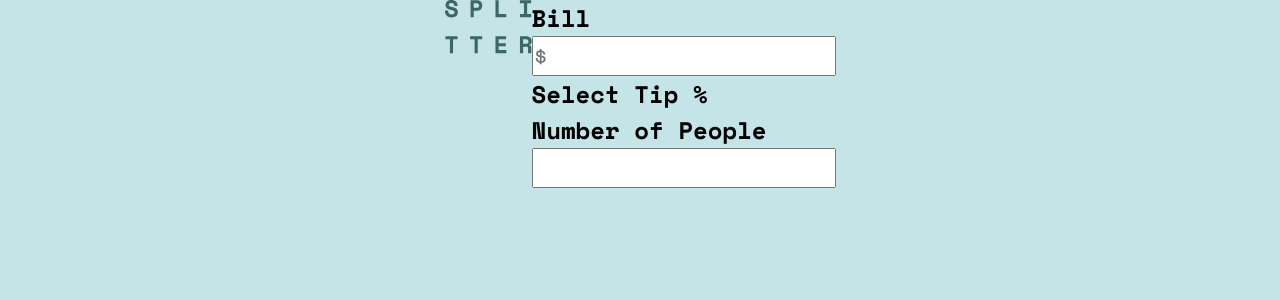
Repository: tomas938/tipcalculator
Page: /
The author's editor kept a copy of each file at every save. The page is drawn from the files as they stood at one save, then again after the next save.
The browser window is 1280 px wide. The pictures show the whole page.
The project was rebuilt for these pictures with package versions that can differ from the ones it lists, and the page was loaded fresh each time.

Above is the page before, as saved 2021-08-03 21:47:50.

### src/App.vue
<template>
	<router-view />
</template>

<style lang="scss">
@import url("https://fonts.googleapis.com/css2?family=Space+Mono:wght@400;700&display=swap");
$strong-cyan: hsl(172, 67%, 45%);
$dark-cyan: hsl(186, 14%, 43%);
$grayish-cyan: hsl(184, 14%, 43%);
$lower-grayish-cyan: hsl(184, 14%, 56%);
$light-grayish-cyan: hsl(185, 41%, 84%);
$lighter-grayish-cyan: hsl(189, 41%, 97%);
$white: hsl(0, 0%, 100%);
* {
	margin: 0;
	padding: 0;
	box-sizing: border-box;
	font-family: "Space Mono", monospace;
	font-size: 24px;
}
body {
	background-color: $light-grayish-cyan;
}
</style>

### src/views/Home.vue
<template>
	<div class="logo">
		<splitter></splitter>
	</div>
</template>

<script>
import Splitter from "../components/Splitter.vue";
export default {
	name: "Home",
	components: {
		Splitter,
	},
};
</script>
<style lang="scss" scoped>
.logo {
	display: flex;
	justify-content: center;
}
</style>

### src/components/Splitter.vue
<template>
	<svg xmlns="http://www.w3.org/2000/svg" width="87" height="54">
		<path
			fill="#3D6666"
			d="M6.72 17.472c.944 0 1.792-.12 2.544-.36s1.392-.584 1.92-1.032a4.476 4.476 0 001.212-1.62c.28-.632.42-1.34.42-2.124v-.288c0-1.472-.464-2.584-1.392-3.336-.928-.752-2.272-1.288-4.032-1.608a14.615 14.615 0 01-1.74-.408c-.456-.144-.824-.308-1.104-.492-.28-.184-.476-.392-.588-.624a1.771 1.771 0 01-.168-.78c0-.56.232-1.004.696-1.332.464-.328 1.096-.492 1.896-.492.944 0 1.676.248 2.196.744.52.496.78 1.08.78 1.752v.576h3.168v-.864a5 5 0 00-.396-1.968 4.762 4.762 0 00-1.176-1.656C10.436 1.08 9.792.7 9.024.42 8.256.14 7.376 0 6.384 0c-.88 0-1.676.12-2.388.36s-1.32.576-1.824 1.008c-.504.432-.896.94-1.176 1.524-.28.584-.42 1.22-.42 1.908v.144c0 .832.144 1.536.432 2.112a3.978 3.978 0 001.212 1.44c.52.384 1.132.692 1.836.924.704.232 1.48.42 2.328.564.64.112 1.168.248 1.584.408.416.16.744.34.984.54s.408.424.504.672c.096.248.144.508.144.78 0 .576-.232 1.072-.696 1.488-.464.416-1.176.624-2.136.624-1.232 0-2.14-.3-2.724-.9-.584-.6-.876-1.404-.876-2.412v-.576H0v.72c0 .88.144 1.692.432 2.436a5.47 5.47 0 001.272 1.944c.56.552 1.26.984 2.1 1.296.84.312 1.812.468 2.916.468zm22-.336V10.8h3.408c.864 0 1.616-.144 2.256-.432a4.707 4.707 0 001.596-1.14 4.833 4.833 0 00.96-1.608c.216-.6.324-1.212.324-1.836v-.576c0-.608-.108-1.204-.324-1.788a4.625 4.625 0 00-.96-1.56A4.737 4.737 0 0034.384.756c-.64-.28-1.392-.42-2.256-.42h-6.576v16.8h3.168zm3.096-9.36H28.72V3.36h3.096c.704 0 1.26.192 1.668.576.408.384.612.88.612 1.488v.288c0 .608-.204 1.104-.612 1.488-.408.384-.964.576-1.668.576zm29.464 9.36v-3.024h-7.632V.336H50.48v16.8h10.8zm24.88 0v-3.024h-4.032V3.36h4.032V.336H74.928V3.36h4.032v10.752h-4.032v3.024H86.16zm-78.096 36V39.36h4.464v-3.024H.432v3.024h4.464v13.776h3.168zm24.688 0V39.36h4.464v-3.024H25.12v3.024h4.464v13.776h3.168zm28.624 0v-3.024h-7.728v-3.888H60.8V43.2h-7.152v-3.84h7.44v-3.024H50.48v16.8h10.896zm16.744 0V46.8h3.648c.464 0 .796.12.996.36.2.24.3.552.3.936v5.04h3.168v-5.808c0-.56-.164-1.024-.492-1.392-.328-.368-.772-.584-1.332-.648v-.432c.768-.32 1.336-.78 1.704-1.38a3.63 3.63 0 00.552-1.932v-.576c0-.64-.116-1.24-.348-1.8a4.332 4.332 0 00-1.008-1.476c-.44-.424-.988-.756-1.644-.996-.656-.24-1.416-.36-2.28-.36h-6.432v16.8h3.168zm3.024-9.36H78.12V39.36h3.024c.768 0 1.352.204 1.752.612.4.408.6.892.6 1.452v.288c0 .656-.2 1.164-.6 1.524-.4.36-.984.54-1.752.54z"
		/>
	</svg>
	<div class="calculator">
		<h3>Bill</h3>
		<input type="text" placeholder="$" />
		<h3>Select Tip %</h3>
		<div class="calculator__grid">
			<div class="calculator__grid__item item-1"></div>
			<div class="calculator__grid__item item-2"></div>
			<div class="calculator__grid__item item-3"></div>
			<div class="calculator__grid__item item-4"></div>
			<div class="calculator__grid__item item-5"></div>
			<div class="calculator__grid__item item-6"></div>
		</div>
		<h3>Number of People</h3>
		<input type="text" />
	</div>
</template>

<script>
export default {};
</script>

<style lang="scss" scoped>
svg {
	text-align: center;
}
</style>

Loaded but not shown: public/index.html (common file); src/main.js (common file); src/router/index.js (common file)

After the next save:
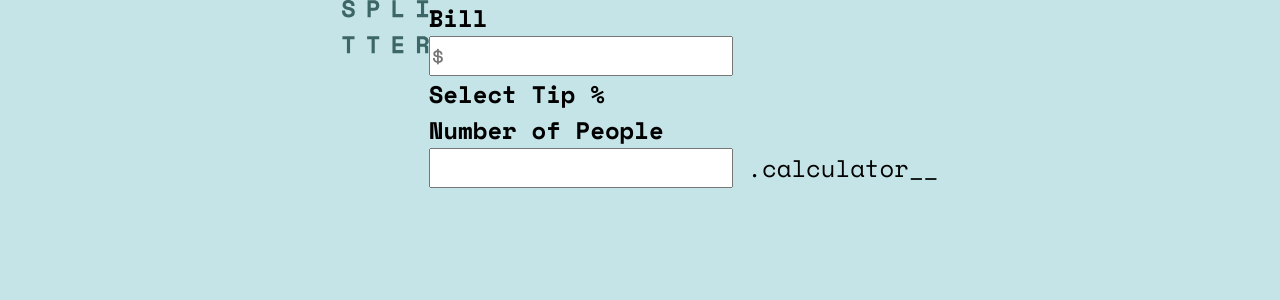
Saved 81 s later.
--- a/src/components/Splitter.vue
+++ b/src/components/Splitter.vue
@@ -19,6 +19,7 @@
 		</div>
 		<h3>Number of People</h3>
 		<input type="text" />
+		.calculator__
 	</div>
 </template>
 
